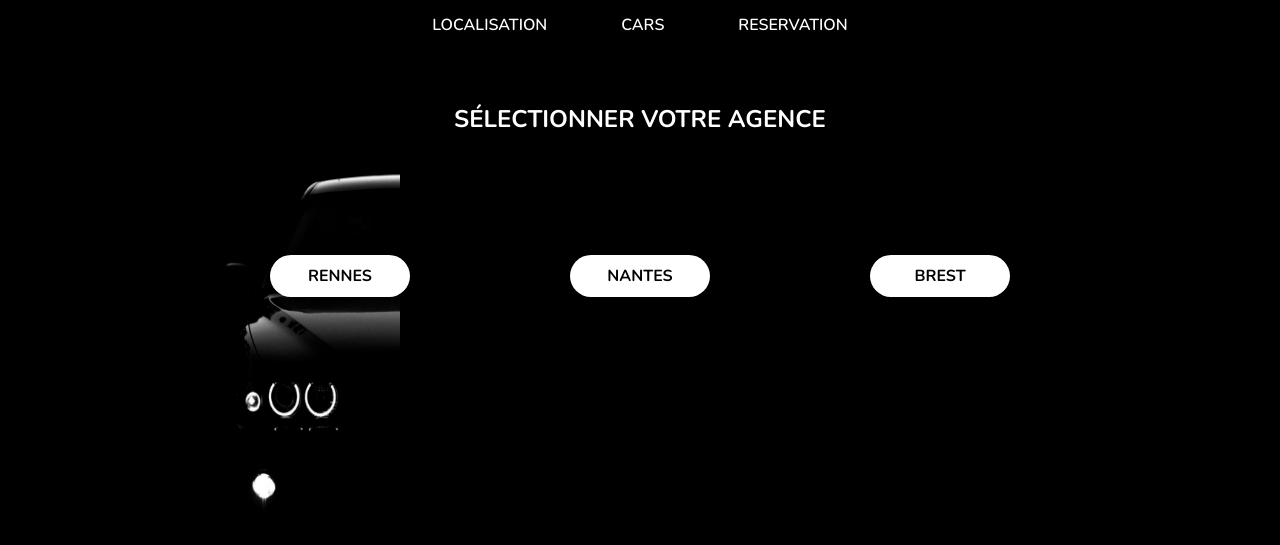
Repository: romgrm/jenaipasdevoiture
Page: src/main/java/fr/romgrm/index.html
An editor plug-in stored every save of this project. The page is shown before and after the next save, followed by the edit.
The browser window is 1280 px wide. The pictures show the whole page.
An inner scrolling area shows only its first screen. Some web libraries are served in a nearby version.

Above is the page before, as saved 2020-10-16 16:06:27.

After the next save:
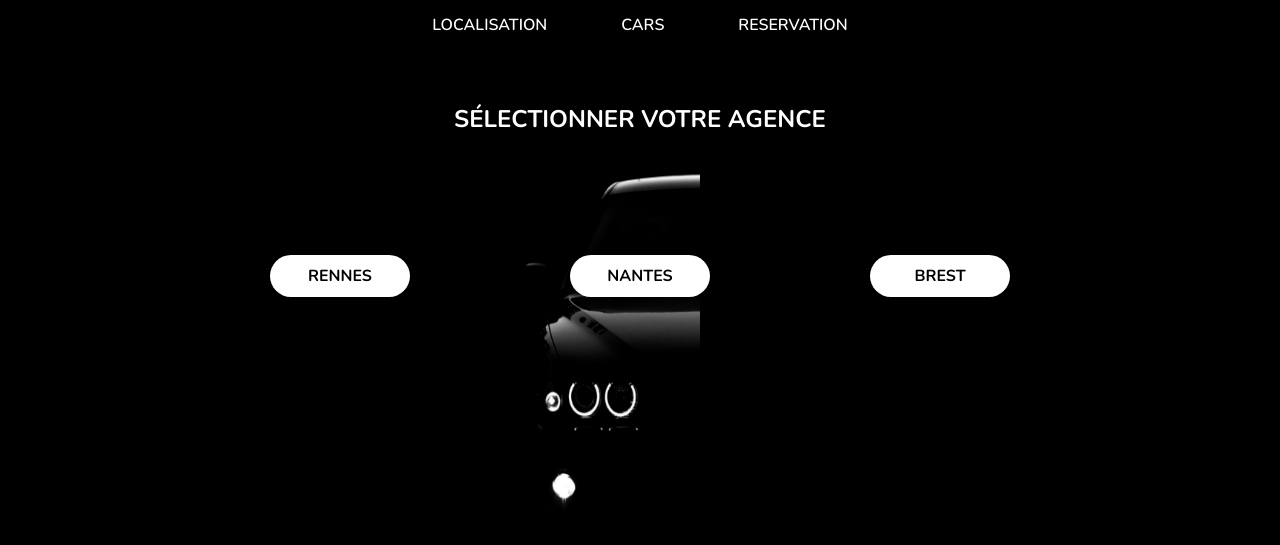
Saved 10 s later.
--- a/src/main/java/fr/romgrm/style.css
+++ b/src/main/java/fr/romgrm/style.css
@@ -212,7 +212,7 @@
 img{
     /*background: url('./audi_2_retouchée.png') no-repeat center ;*/
     position: fixed;
-    left: 200px;
+    left: 500px;
     /*top: 300px;*/
     z-index: 0;
     width: 200px;
